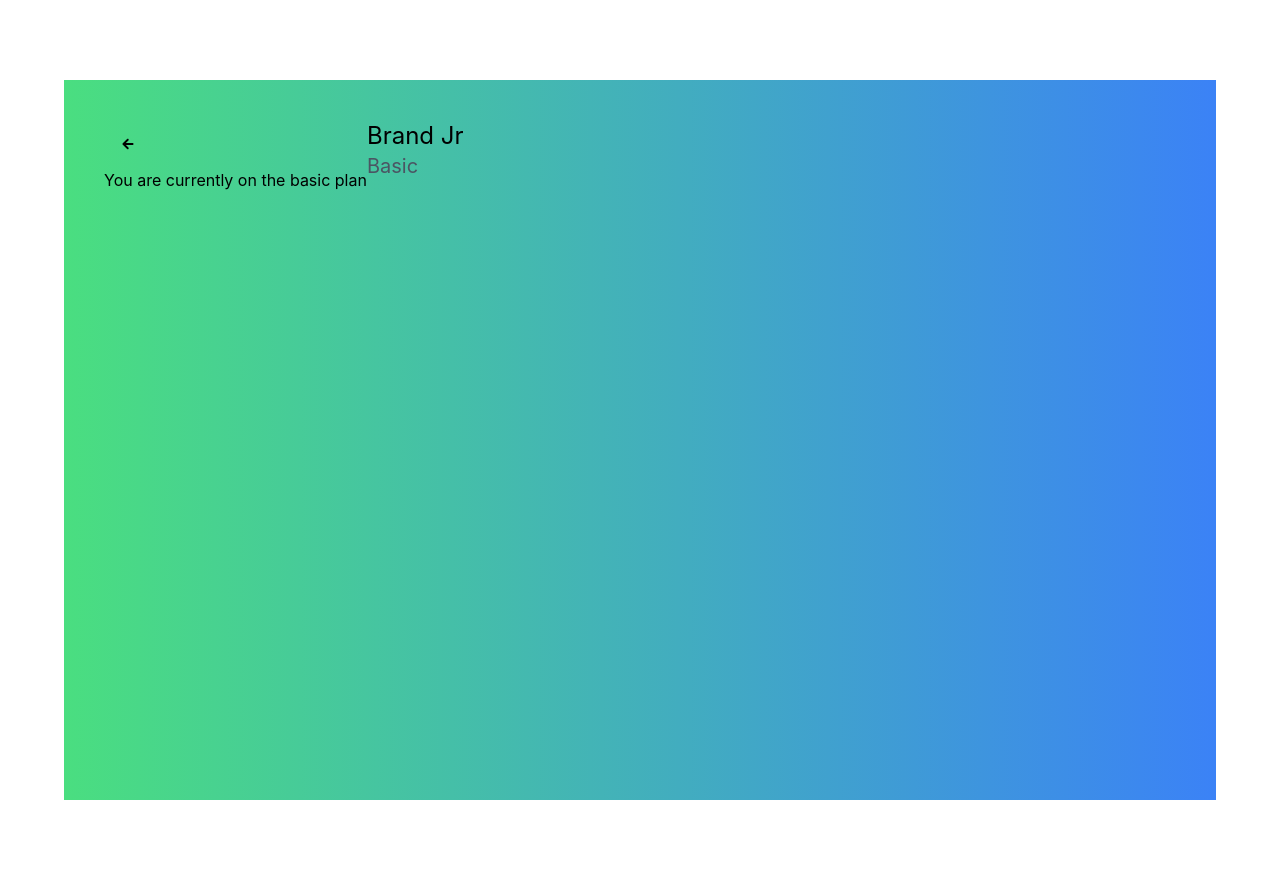
Repository: brandford7/music-player
Page: /subscription
The author's editor kept a copy of each file at every save. The page is drawn from the files as they stood at one save, then again after the next save.
The browser window is 1280 px wide. The pictures show the whole page.
The project was rebuilt for these pictures with package versions that can differ from the ones it lists, and the page was loaded fresh each time. The framework's server and built-in components were replaced by stand-ins that run in the browser. Also part of the build but not shown: next.config.js, components/Sidebar.jsx, components/MusicButton.jsx, components/MusicCard.jsx, components/SongList.jsx, components/PlaylistComponent.jsx, components/LibraryComponent.jsx.

Above is the page before, as saved 2022-11-19 11:46:39.

### pages/subscription.js
import React from "react";
import { SubscriptionComponent } from "../components";

const Subscription = () => {
  return (
    <div className="flex mx-auto max-w-6xl my-20 space-x-10 h-screen p-10 bg-gradient-to-r from-green-400 to-blue-500">
      <SubscriptionComponent />
    </div>
  );
};

export default Subscription;

### styles/globals.css
@tailwind base;
@tailwind components;
@tailwind utilities;



html,
body {
  padding: 0;
  margin: 0;
  font-family: -apple-system, BlinkMacSystemFont, Segoe UI, Roboto, Oxygen,
    Ubuntu, Cantarell, Fira Sans, Droid Sans, Helvetica Neue, sans-serif;
}

a {
  color: inherit;
  text-decoration: none;
}

* {
  box-sizing: border-box;
}

@media (prefers-color-scheme: dark) {
  html {
    color-scheme: dark;
  }
  body {
    color: white;
    background: black;
  }
}

### components/index.js
export { default as Sidebar } from './Sidebar';
export { default as UserAvatar } from './UserAvatar';
export { default as MusicCard } from './MusicCard';
export { default as MusicButton } from './MusicButton';
export { default as SongList } from './SongList';
export { default as PlaylistComponent } from './PlaylistComponent';
export { default as LibraryComponent } from './LibraryComponent';
export { default as SubscriptionComponent} from './SubscriptionComponent';

### components/UserAvatar.jsx
import React from "react";

const UserAvatar = ({ image, name, subscription }) => {
  return (
    <div className="flex flex-col ">
      <img src={image} alt="" />
      <h2 className="text-2xl">{name}</h2>
      <p className="text-gray-600 text-xl"> {subscription}</p>
    </div>
  );
};

export default UserAvatar;

### components/SubscriptionComponent.jsx
import React from "react";
import { IoMdArrowRoundBack } from "react-icons/io";
import { useRouter } from "next/router";
import UserAvatar from "./UserAvatar";

const SubscriptionComponent = () => {
  const router = useRouter();

  return (
    <div>
      <section className="flex">
        <section c>
          <div className="m-4 cursor-pointer" onClick={() => router.back()}>
            <IoMdArrowRoundBack />
          </div>
          <h1>You are currently on the basic plan</h1>
        </section>
        <section className="flex justify-end mb-10">
          <UserAvatar name="Brand Jr" subscription="Basic" />
        </section>
      </section>
    </div>
  );
};

export default SubscriptionComponent;

Loaded but not shown: pages/_app.js (common file); tailwind.config.js (common file)

After the next save:
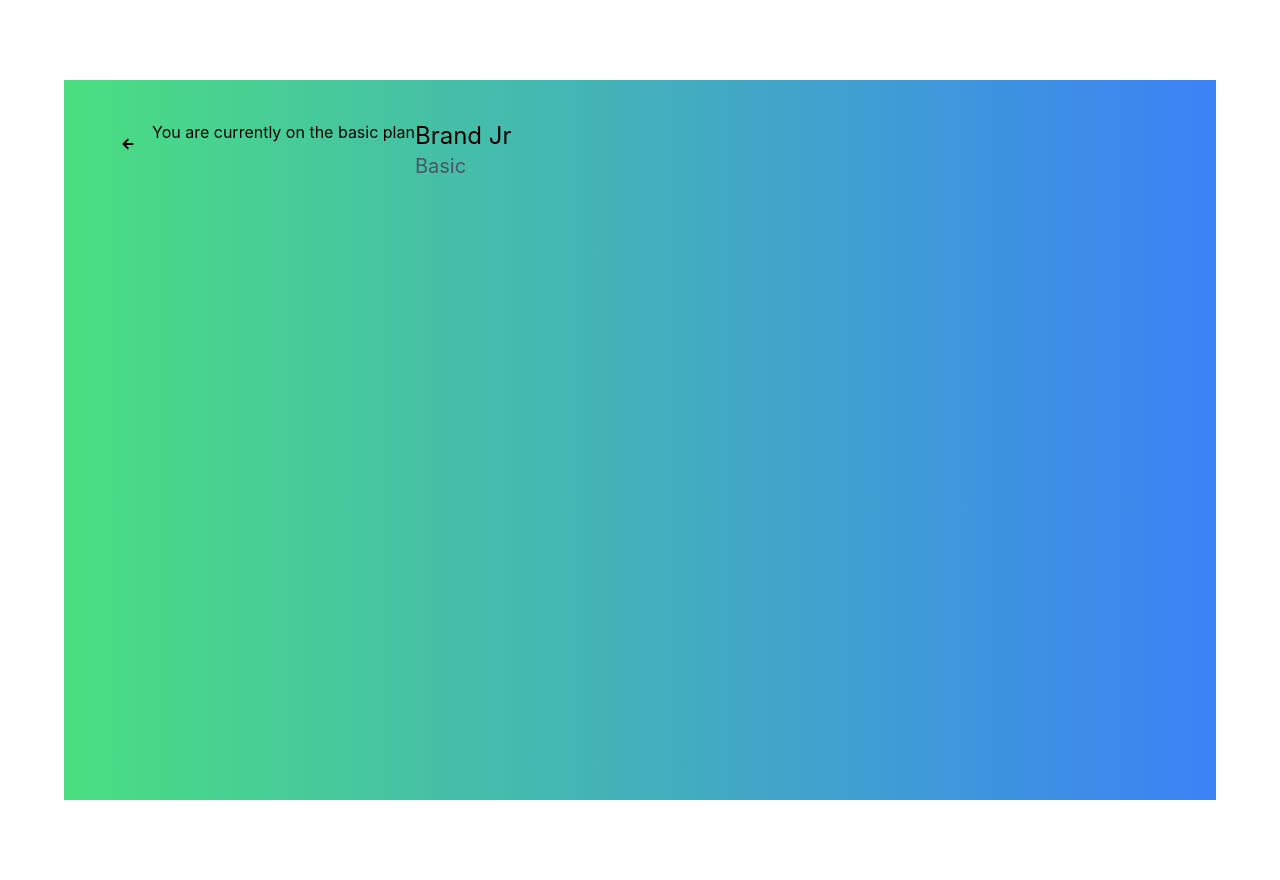
Saved 5 s later.
--- a/components/SubscriptionComponent.jsx
+++ b/components/SubscriptionComponent.jsx
@@ -9,7 +9,7 @@ const SubscriptionComponent = () => {
   return (
     <div>
       <section className="flex">
-        <section c>
+        <section className='flex '>
           <div className="m-4 cursor-pointer" onClick={() => router.back()}>
             <IoMdArrowRoundBack />
           </div>
